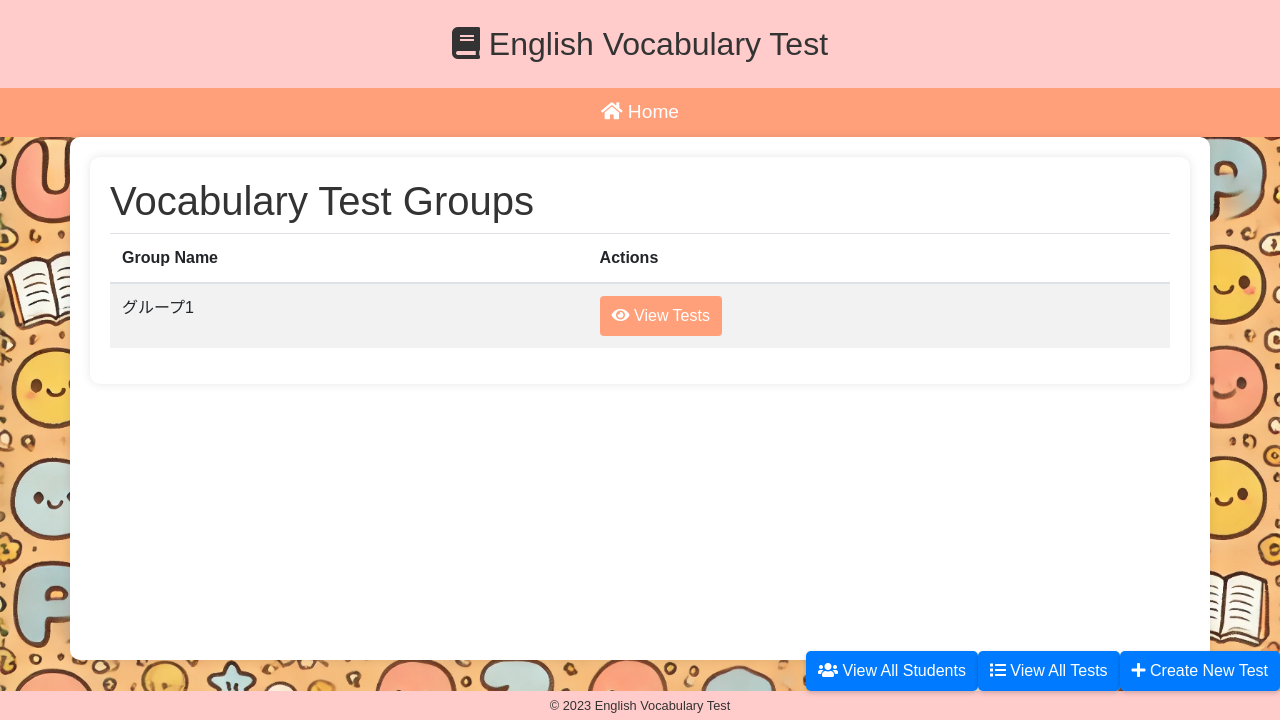
Repository: YamatoGH/testapp
Page: http://localhost/
These files come from the project's save history. The page is drawn as it stood at one moment and after the next save; the edit follows.
The browser window is 1280 px wide. The pictures show the whole page.
The page is served by the project's application, run on Django 5.2 (manage.py).

Above is the page before, as saved 2024-08-01 17:14:56.

After the next save:
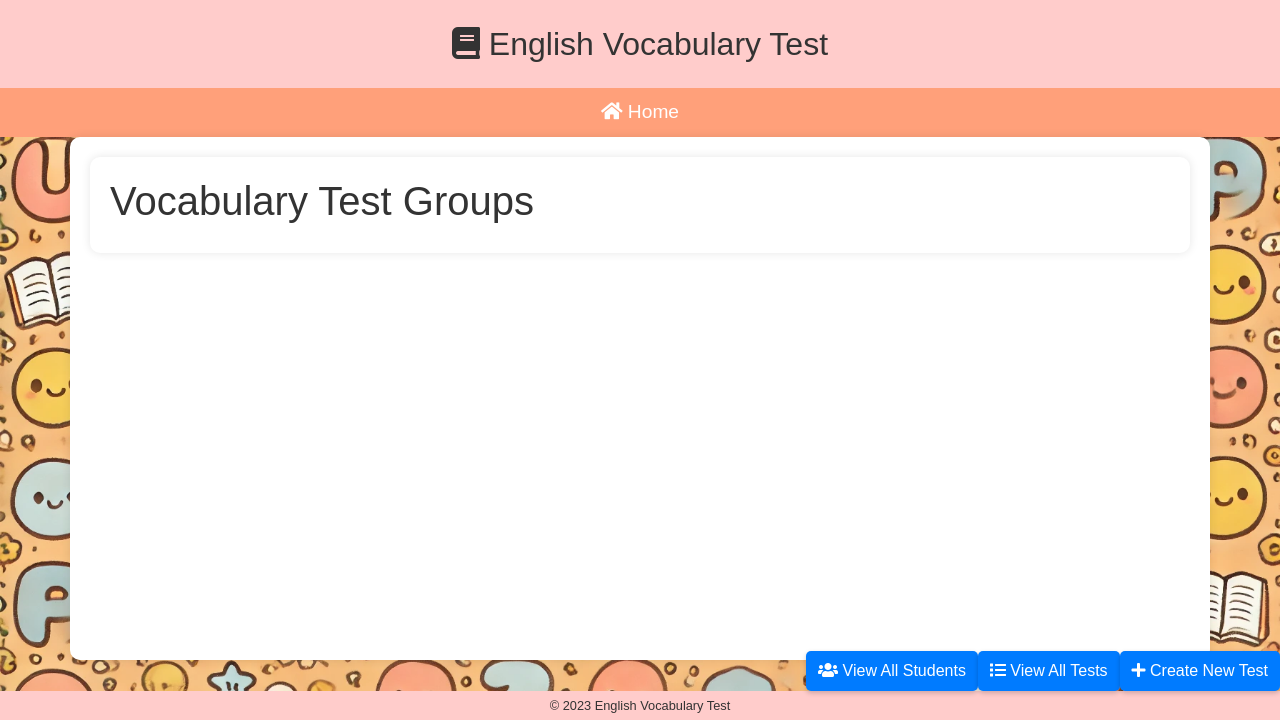
Saved 25 s later.
--- a/testapp/templates/testapp/home.html
+++ b/testapp/templates/testapp/home.html
@@ -5,20 +5,29 @@
 {% block content %}
 <div class="container">
     <h1>Vocabulary Test Groups</h1>
+    {% for group, tests in group_tests.items %}
+    <h2>{{ group.name }}</h2>
+    {% if tests %}
     <table class="table table-striped table-hover">
         <thead>
             <tr>
-                <th>Group Name</th>
+                <th>Test Name</th>
                 <th>Actions</th>
             </tr>
         </thead>
         <tbody>
+            {% for test in tests %}
             <tr>
-                <td>グループ1</td>
-                <td><a href="/group-tests/1/" class="btn btn-custom"><i class="fas fa-eye"></i> View Tests</a></td>
+                <td>{{ test.name }}</td>
+                <td><a href="{% url 'test_detail' test.id %}" class="btn btn-custom"><i class="fas fa-eye"></i> View</a></td>
             </tr>
+            {% endfor %}
         </tbody>
     </table>
+    {% else %}
+    <p>No tests available in this group.</p>
+    {% endif %}
+    {% endfor %}
 </div>
 
 <div class="fixed-buttons">
